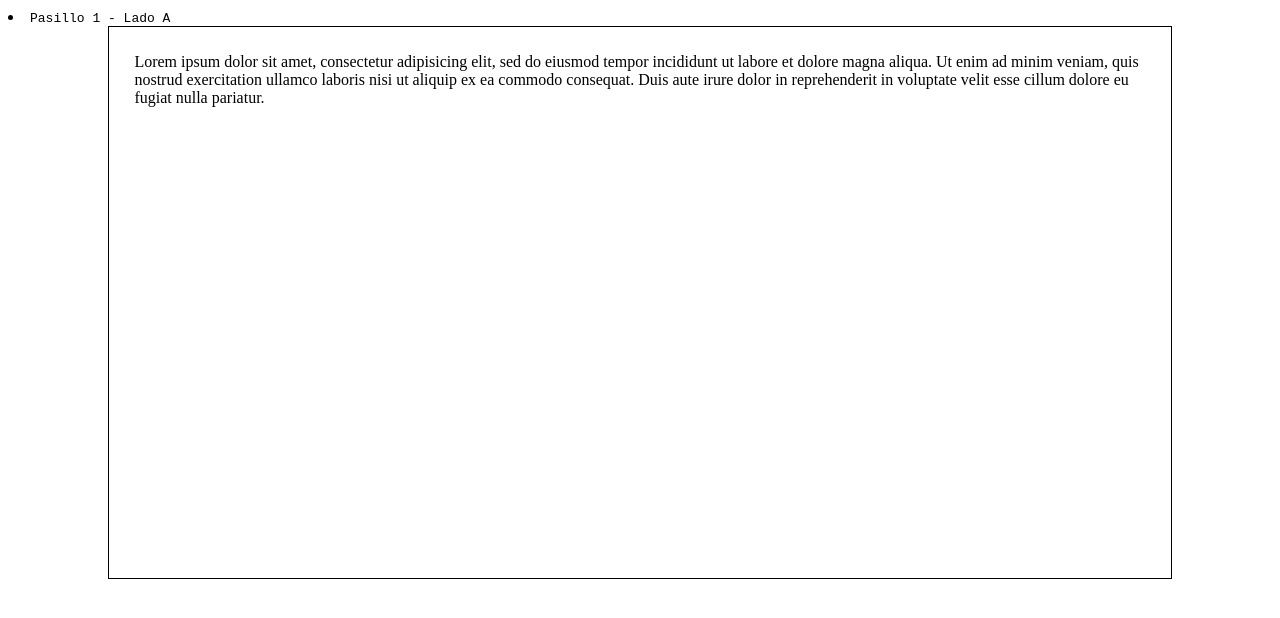
Repository: Franzcod/DepoStock_Web
Page: index.html
These files come from the project's save history. The page is drawn as it stood at one moment and after the next save; the edit follows.
The browser window is 1280 px wide. The pictures show the whole page.

Above is the page before, as saved 2020-06-07 01:53:53.
Console error: ReferenceError: ur is not defined

After the next save:
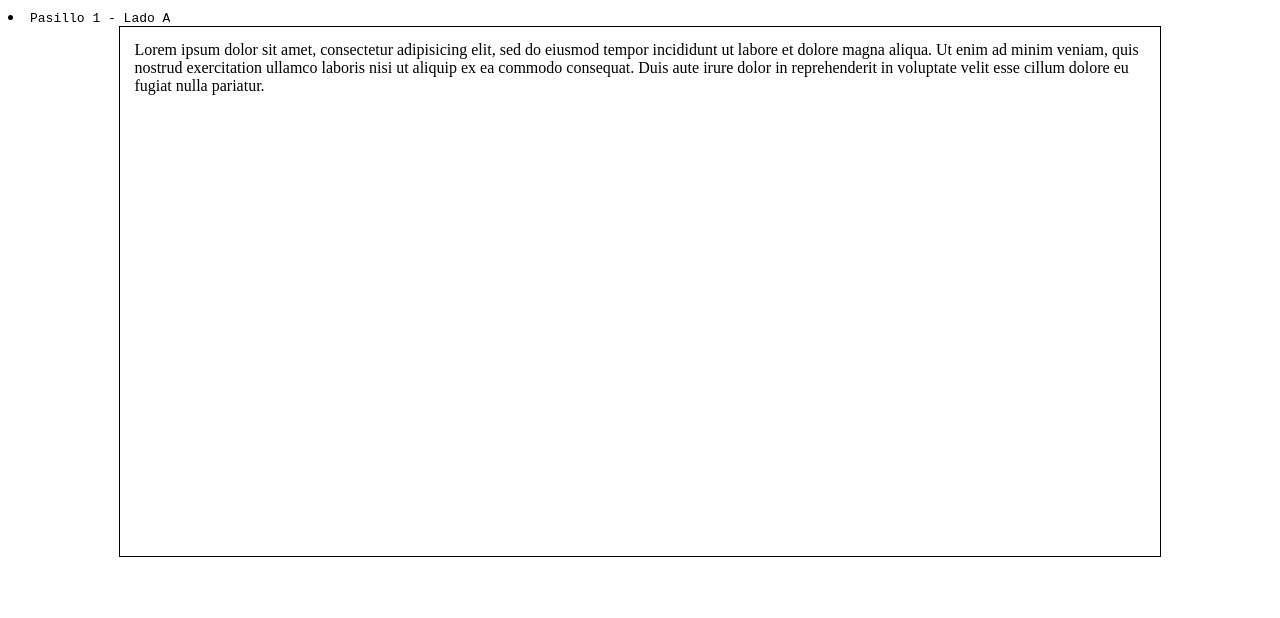
Saved 7 s later.
--- a/estilo/estilo.css
+++ b/estilo/estilo.css
@@ -3,7 +3,7 @@
     width:  80%;
     height: 500px;
     margin: auto;
-    padding: 2vw;
+    padding: 2vh;
 }
 
 #div2 { overflow-x: scroll;}
